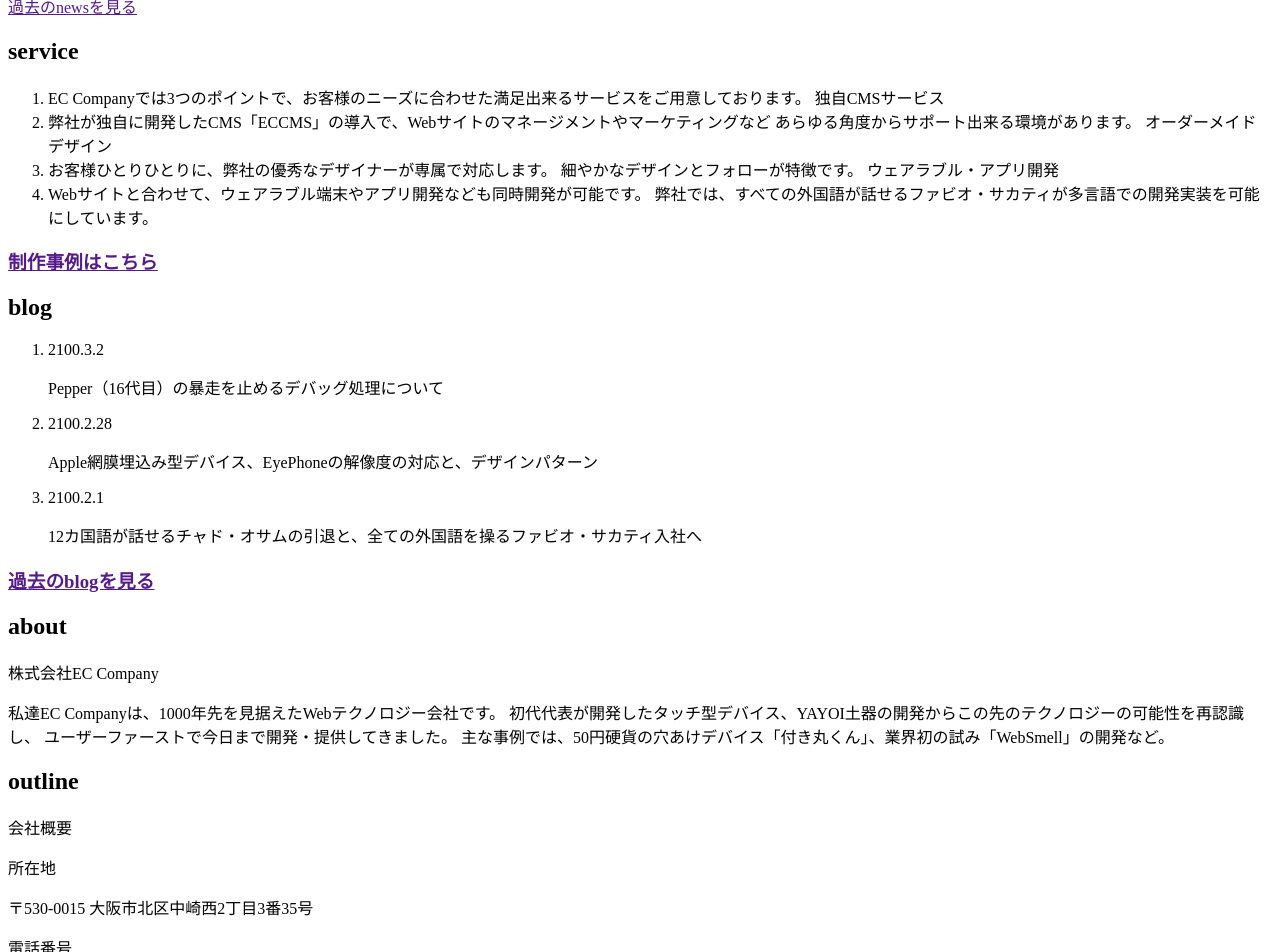
Repository: hsn320/html-practice
Page: html2/work01/work01.html
The author's editor kept a copy of each file at every save. The page is drawn from the files as they stood at one save, then again after the next save.
The browser window is 1280 px wide. The pictures show the part of the page from y = 655 to 1607 px (the page is 2315 px tall before and 2304 px after).
A picture or video elsewhere on the page could not be fetched, so the positions and the page height are approximate.

Above is the page before, as saved 2025-10-01 23:10:29.

### html2/work01/work01.html
<!DOCTYPE html>
<html lang="en">
<head>
    <meta charset="UTF-8">
    <meta name="viewport" content="width=device-width, initial-scale=1.0">
    <title>EC Company</title>
</head>
<body>
    <header>
        <h1>EC Company</h1>
        <nav>
            <ol>
                <li><a href="">top</a></li>
                <li><a href="">news</a></li>
                <li><a href="">service</a></li>
                <li><a href="">blog</a></li>
                <li><a href="">about</a></li>
                <li><a href="">outline</a></li>
                <li><a href="">お問い合わせ</a></li>
            </ol>
        </nav>
    </header>
    <main>
    <section>
        <h2>はじめまして EC Companyです。</h2>
        <p>
            EC Companyは、HTML5/CSS3をベースに高い技術力でお客様の提案にあったWebサイトを作成します。
            初めてWebサイト制作を依頼したい方、相談に乗って欲しい形お気軽にご連絡下さい。お問い合わせはこちら
        </p>
    </section>
    <section>
        <h2>news</h2>
        <ul>
            <li>
                <article>
                    <time datetime="2100-6-1">2100.6.1</time>
                    <h3>【セミナー】TechWebEventに出演・講演することになりました。</h3>
                </article>
            </li>
            <li>
                <article>
                    <time datetime="2100-5-14">2100.5.14</time>
                    <h3>【制作事例】ECC comp.のWebサイトリニューアルを担当しました。</h3>
                </article>
            </li>
            <li>
                <article>
                    <time datetime="2100-5-5">2100.5.5</time>
                    <h3>【制作事例】こどもの日向けイベント「鯉のぼりサイズのたい焼き」キャンペーンサイト公開しました。</h3>
                </article>
            </li>
        </ul>
        <a href="">過去のnewsを見る</a>
    </section>
    <section>
        <h2>service</h2>
        <ol>
            <li>
                EC Companyでは3つのポイントで、お客様のニーズに合わせた満足出来るサービスをご用意しております。
                独自CMSサービス
            </li>
            <li>
                弊社が独自に開発したCMS「ECCMS」の導入で、Webサイトのマネージメントやマーケティングなど あらゆる角度からサポート出来る環境があります。
                オーダーメイドデザイン
            </li>
            <li>
                お客様ひとりひとりに、弊社の優秀なデザイナーが専属で対応します。 細やかなデザインとフォローが特徴です。
                ウェアラブル・アプリ開発
            </li>
            <li>Webサイトと合わせて、ウェアラブル端末やアプリ開発なども同時開発が可能です。
                弊社では、すべての外国語が話せるファビオ・サカティが多言語での開発実装を可能にしています。</li>
        </ol>
        <h3><a href="">制作事例はこちら</a></h3>
    </section>


    <section>
        <h2>blog</h2>
        <ol>
            <li>
                <article>
                    <time datetime="2100-3-2">2100.3.2</time>
                    <p>Pepper（16代目）の暴走を止めるデバッグ処理について</p>
                </article>
            </li>
            <li>
                <article>
                    <time datetime="2100-2-28">2100.2.28</time>
                    <p>Apple網膜埋込み型デバイス、EyePhoneの解像度の対応と、デザインパターン</p>
                </article>
            </li>
            <li>
                <article>
                    <time datetime="2100-2-1">2100.2.1</time>
                    <p>12カ国語が話せるチャド・オサムの引退と、全ての外国語を操るファビオ・サカティ入社へ</p>
                </article>
            </li>
        </ol>
        <h3><a href="">過去のblogを見る</a></h3>
    </section>
    <section>
        <h2>about</h2>
        <p>株式会社EC Company</p>
        <p>私達EC Companyは、1000年先を見据えたWebテクノロジー会社です。 初代代表が開発したタッチ型デバイス、YAYOI土器の開発からこの先のテクノロジーの可能性を再認識し、 ユーザーファーストで今日まで開発・提供してきました。
            主な事例では、50円硬貨の穴あけデバイス「付き丸くん」、業界初の試み「WebSmell」の開発など。</p>
    </section>
    <section>
        <h2>outline</h2>
        <p>会社概要</p>
        <p>所在地</p>
        <p>〒530-0015 大阪市北区中崎西2丁目3番35号</p>
        <p>電話番号</p>
        <p>0120-144-144</p>
    </section>
    <section>
        <h2>adsense</h2>
        <p><img src="01_ad_img.jpg" alt="広告画像"></p>
    </section>
    <section>
        <h2>EC Company</h2>
        <p>top</p>
        <p>news</p>
        <p>service</p>
        <p>blog</p>
        <p>about</p>
        <p>outline</p>
    </section>
    </main>
    <footer>
        copyright  comp ecccomp.Inc
    </footer>
</body>
</html>

After the next save:
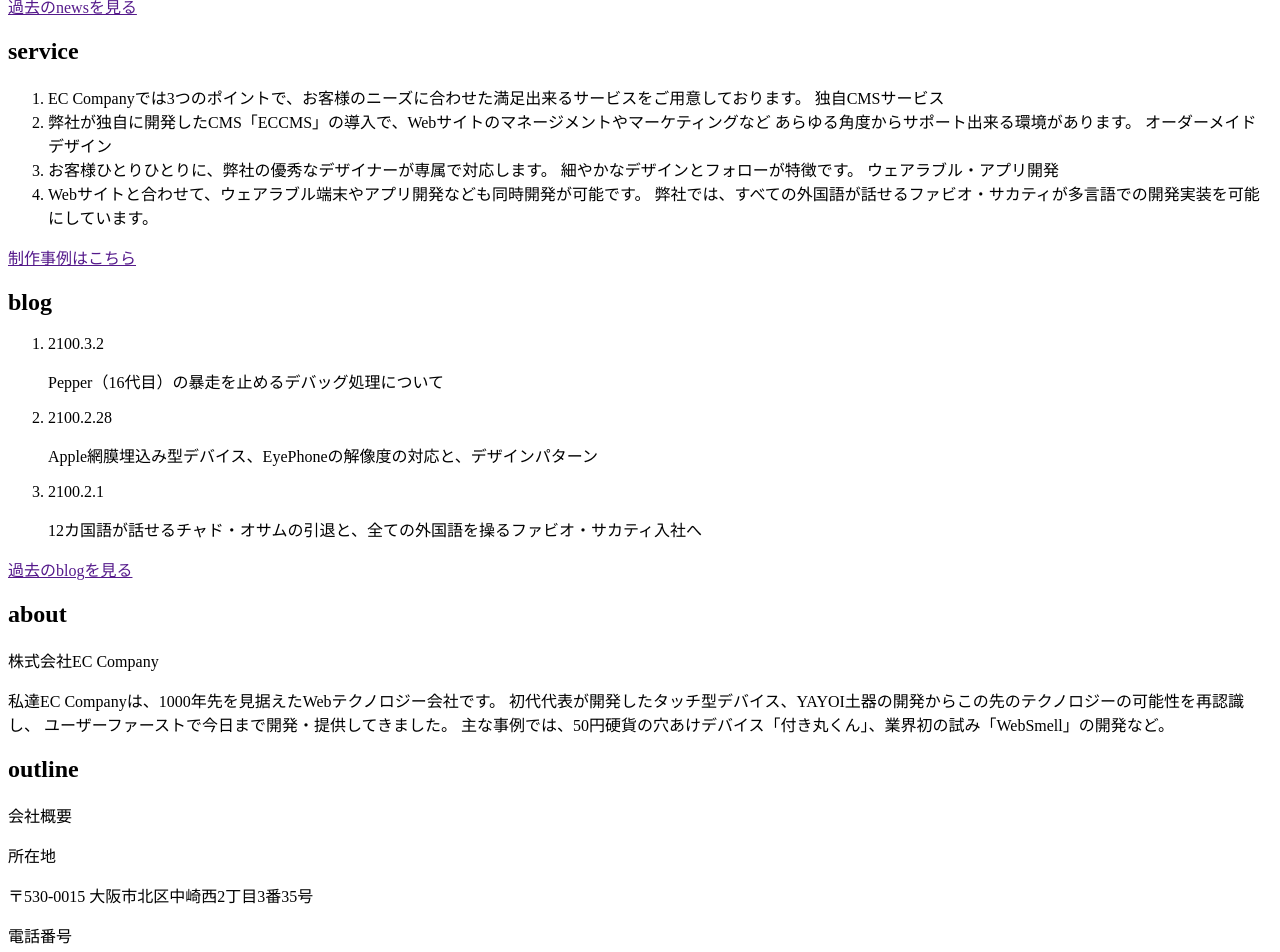
Saved 36 s later.
--- a/html2/work01/work01.html
+++ b/html2/work01/work01.html
@@ -70,7 +70,7 @@
             <li>Webサイトと合わせて、ウェアラブル端末やアプリ開発なども同時開発が可能です。
                 弊社では、すべての外国語が話せるファビオ・サカティが多言語での開発実装を可能にしています。</li>
         </ol>
-        <h3><a href="">制作事例はこちら</a></h3>
+        <a href="">制作事例はこちら</a>
     </section>
 
 
@@ -96,7 +96,7 @@
                 </article>
             </li>
         </ol>
-        <h3><a href="">過去のblogを見る</a></h3>
+        <a href="">過去のblogを見る</a>
     </section>
     <section>
         <h2>about</h2>
